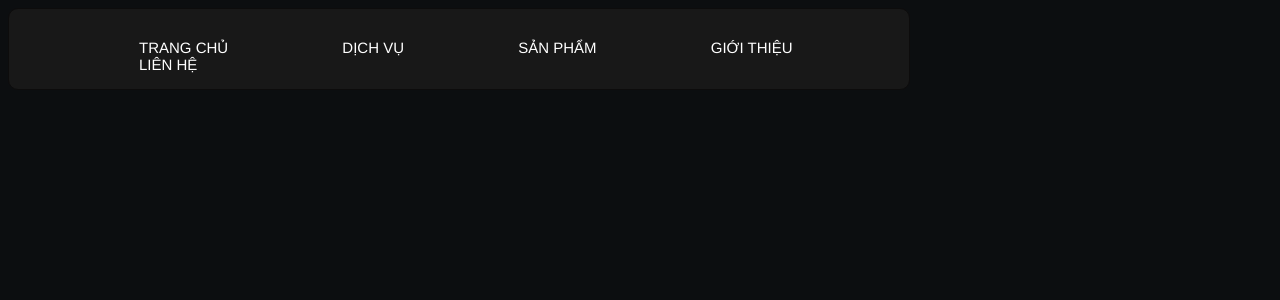
Repository: andytrn0/ElectronJS
Page: GUI/index.html
These files come from the project's save history. The page is drawn as it stood at one moment and after the next save; the edit follows.
The browser window is 1280 px wide. The pictures show the whole page.

Above is the page before, as saved 2024-10-15 14:05:55.

After the next save:
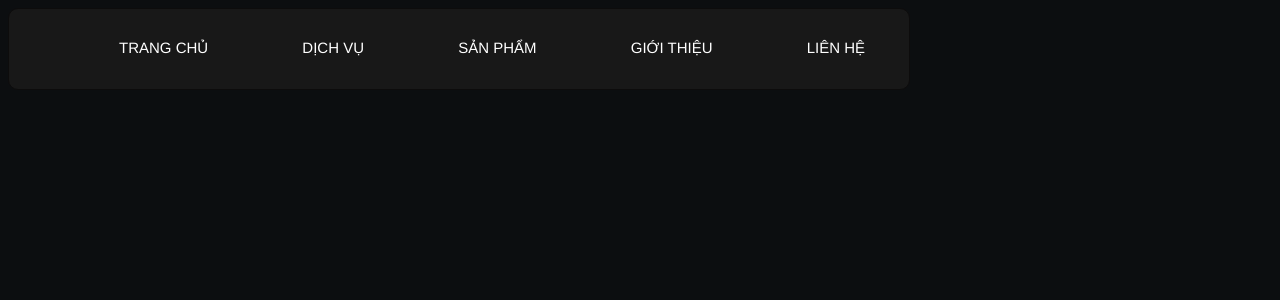
Saved 4 s later.
--- a/CSS/index.css
+++ b/CSS/index.css
@@ -22,7 +22,7 @@
 {
   list-style-type: none;
   display: inline;
-  margin-left: 70px;
+  margin-left: 50px;
 }
 #menu ul li a:link
 {
